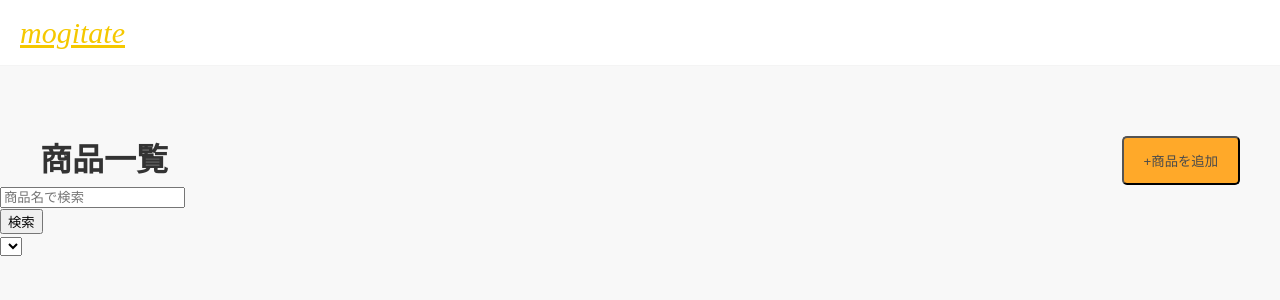
Repository: SuzukiFuminori/test-fruit
Page: http://localhost/products
These files come from the project's save history. The page is drawn as it stood at one moment and after a run of saves; the edit follows.
The browser window is 1280 px wide. The pictures show the whole page.
The page is served by the project's Laravel application, run on PHP 8.4 with Laravel 8. Other server files are loaded and not shown. Queries for data that is not in the repository find no rows.

Above is the page before, as saved 2024-12-30 04:24:12.

### src/routes/web.php
<?php

use Illuminate\Support\Facades\Route;
use App\Http\Controllers\ProductController;

/*
|--------------------------------------------------------------------------
| Web Routes
|--------------------------------------------------------------------------
|
| Here is where you can register web routes for your application. These
| routes are loaded by the RouteServiceProvider within a group which
| contains the "web" middleware group. Now create something great!
|
*/

Route::get('/products', [ProductController::class, 'index']);
Route::get('/products/register', [ProductController::class, 'add']);

### src/app/Http/Controllers/ProductController.php
<?php

namespace App\Http\Controllers;
use App\Models\Product;
use Illuminate\Http\Request;

class ProductController extends Controller
{
    // 商品一覧ページの表示
    public function index()
    {
        $products = Product::all();
        return view('index', ['products' => $products]);
    }

    // 商品登録ページの表示
    public function add()
    {
        return view('add');
    }
}

### src/resources/views/index.blade.php
@extends('layouts.default')

@section('title', '商品一覧')

@section('css')
<link rel="stylesheet" href="{{ asset('css/index.css') }}">
@endsection

@section('content')
  <div class="content">
    <div class="content__inner">
      <div class="content-heading">
        <div class="content-heading__title">
          @yield('title')
        </div>
        <div class="content-heading__button">
          <button class="content-heading__button-submit" type="submit">+商品を追加</button>
        </div>
      </div>
      <div class="content-container">
        <div class="search">
          <div class="search__input">
            <input type="search" name="name" placeholder="商品名で検索">
          </div>
          <div class="search__button">
            <button class="search__button-submit" >検索</button>
          </div>
          <div class="sort">
            <div class="sort__content"></div>
            <div class="sort__select">
              <select name="select">
                <option value="高い順に表示" 低い順に表示</select>
            </div>
          </div>
        </div>
      </div>
    </div>
  </div>
@endsection

### src/resources/views/layouts/default.blade.php
<!DOCTYPE html>
<html lang="ja">

<head>
  <meta charset="UTF-8">
  <meta name="viewport" content="width=device-width, initial-scale=1.0">
  <title>@yield('title')</title>
  <link rel="stylesheet" href="{{ asset('css/sanitize.css') }}">
  <link rel="stylesheet" href="{{ asset('css/common.css') }}">
  @yield('css')
</head>

<body>
  <header class="header">
    <div class="header__inner">
      <a class="header__logo" href="/">
        mogitate
      </a>
    </div>
  </header>
  <main>
    @yield('content')
  </main>
</body>

</html>

### src/public/css/sanitize.css
/* Document
* ========================================================================== */

/**
* Add border box sizing in all browsers (opinionated).
*/

*,
::before,
::after {
  box-sizing: border-box;
}

/**
* 1. Add text decoration inheritance in all browsers (opinionated).
* 2. Add vertical alignment inheritance in all browsers (opinionated).
*/

::before,
::after {
  vertical-align: inherit;
  /* 2 */
  text-decoration: inherit;
  /* 1 */
}

/**
* 1. Use the default cursor in all browsers (opinionated).
* 2. Change the line height in all browsers (opinionated).
* 3. Use a 4-space tab width in all browsers (opinionated).
* 4. Remove the grey highlight on links in iOS (opinionated).
* 5. Prevent adjustments of font size after orientation changes in
*    IE on Windows Phone and in iOS.
* 6. Breaks words to prevent overflow in all browsers (opinionated).
*/

html {
  word-break: break-word;
  /* 6 */
  -moz-tab-size: 4;
  /* 3 */
  tab-size: 4;
  /* 3 */
  line-height: 1.5;
  /* 2 */
  cursor: default;
  /* 1 */

  -webkit-tap-highlight-color: transparent
    /* 4 */
  ;
  -ms-text-size-adjust: 100%;
  /* 5 */
  -webkit-text-size-adjust: 100%;
  /* 5 */
}

/* Sections
* ========================================================================== */

/**
* Remove the margin in all browsers (opinionated).
*/

body {
  margin: 0;
}

/**
* Correct the font size and margin on `h1` elements within `section` and
* `article` contexts in Chrome, Edge, Firefox, and Safari.
*/

h1 {
  margin: 0.67em 0;
  font-size: 2em;
}

/* Grouping content
* ========================================================================== */

/**
* Remove the margin on nested lists in Chrome, Edge, IE, and Safari.
*/

dl dl,
dl ol,
dl ul,
ol dl,
ul dl {
  margin: 0;
}

/**
* Remove the margin on nested lists in Edge 18- and IE.
*/

ol ol,
ol ul,
ul ol,
ul ul {
  margin: 0;
}

/**
* 1. Add the correct sizing in Firefox.
* 2. Show the overflow in Edge 18- and IE.
*/

hr {
  overflow: visible;
  /* 2 */
  height: 0;
  /* 1 */
}

/**
* Add the correct display in IE.
*/

main {
  display: block;
}

/**
* Remove the list style on navigation lists in all browsers (opinionated).
*/

nav ol,
nav ul {
  padding: 0;
  list-style: none;
}

/**
* 1. Correct the inheritance and scaling of font size in all browsers.
* 2. Correct the odd `em` font sizing in all browsers.
*/

pre {
  font-size: 1em;
  /* 2 */
  font-family: monospace, monospace;
  /* 1 */
}

/* Text-level semantics
* ========================================================================== */

/**
* Remove the gray background on active links in IE 10.
*/

a {
  background-color: transparent;
}

/**
* Add the correct text decoration in Edge 18-, IE, and Safari.
*/

abbr[title] {
  text-decoration: underline;
  text-decoration: underline dotted;
}

/**
* Add the correct font weight in Chrome, Edge, and Safari.
*/

b,
strong {
  font-weight: bolder;
}

/**
* 1. Correct the inheritance and scaling of font size in all browsers.
* 2. Correct the odd `em` font sizing in all browsers.
*/

code,
kbd,
samp {
  font-size: 1em;
  /* 2 */
  font-family: monospace, monospace;
  /* 1 */
}

/**
* Add the correct font size in all browsers.
*/

small {
  font-size: 80%;
}

/* Embedded content
* ========================================================================== */

/*
* Change the alignment on media elements in all browsers (opinionated).
*/

audio,
canvas,
iframe,
img,
svg,
video {
  vertical-align: middle;
}

/**
* Add the correct display in IE 9-.
*/

audio,
video {
  display: inline-block;
}

/**
* Add the correct display in iOS 4-7.
*/

audio:not([controls]) {
  display: none;
  height: 0;
}

/**
* Remove the border on iframes in all browsers (opinionated).
*/

iframe {
  border-style: none;
}

/**
* Remove the border on images within links in IE 10-.
*/

img {
  border-style: none;
}

/**
* Change the fill color to match the text color in all browsers (opinionated).
*/

svg:not([fill]) {
  fill: currentColor;
}

/**
* Hide the overflow in IE.
*/

svg:not(:root) {
  overflow: hidden;
}

/* Tabular data
* ========================================================================== */

/**
* Collapse border spacing in all browsers (opinionated).
*/

table {
  border-collapse: collapse;
}

/* Forms
* ========================================================================== */

/**
* Remove the margin on controls in Safari.
*/

button,
input,
select {
  margin: 0;
}

/**
* 1. Show the overflow in IE.
* 2. Remove the inheritance of text transform in Edge 18-, Firefox, and IE.
*/

button {
  overflow: visible;
  /* 1 */
  text-transform: none;
  /* 2 */
}

/**
* Correct the inability to style buttons in iOS and Safari.
*/

button,
[type="button"],
[type="reset"],
[type="submit"] {
  -webkit-appearance: button;
}

/**
* 1. Change the inconsistent appearance in all browsers (opinionated).
* 2. Correct the padding in Firefox.
*/

fieldset {
  padding: 0.35em 0.75em 0.625em;
  /* 2 */
  border: 1px solid #a0a0a0;
  /* 1 */
}

/**
* Show the overflow in Edge 18- and IE.
*/

input {
  overflow: visible;
}

/**
* 1. Correct the text wrapping in Edge 18- and IE.
* 2. Correct the color inheritance from `fieldset` elements in IE.
*/

legend {
  display: table;
  /* 1 */
  max-width: 100%;
  /* 1 */
  color: inherit;
  /* 2 */
  white-space: normal;
  /* 1 */
}

/**
* 1. Add the correct display in Edge 18- and IE.
* 2. Add the correct vertical alignment in Chrome, Edge, and Firefox.
*/

progress {
  display: inline-block;
  /* 1 */
  vertical-align: baseline;
  /* 2 */
}

/**
* Remove the inheritance of text transform in Firefox.
*/

select {
  text-transform: none;
}

/**
* 1. Remove the margin in Firefox and Safari.
* 2. Remove the default vertical scrollbar in IE.
* 3. Change the resize direction in all browsers (opinionated).
*/

textarea {
  overflow: auto;
  /* 2 */
  margin: 0;
  /* 1 */
  resize: vertical;
  /* 3 */
}

/**
* Remove the padding in IE 10-.
*/

[type="checkbox"],
[type="radio"] {
  padding: 0;
}

/**
* 1. Correct the odd appearance in Chrome, Edge, and Safari.
* 2. Correct the outline style in Safari.
*/

[type="search"] {
  outline-offset: -2px;
  /* 2 */

  -webkit-appearance: textfield;
  /* 1 */
}

/**
* Correct the cursor style of increment and decrement buttons in Safari.
*/

::-webkit-inner-spin-button,
::-webkit-outer-spin-button {
  height: auto;
}

/**
* Correct the text style of placeholders in Chrome, Edge, and Safari.
*/

::-webkit-input-placeholder {
  color: inherit;
  opacity: 0.54;
}

/**
* Remove the inner padding in Chrome, Edge, and Safari on macOS.
*/

::-webkit-search-decoration {
  -webkit-appearance: none;
}

/**
* 1. Correct the inability to style upload buttons in iOS and Safari.
* 2. Change font properties to `inherit` in Safari.
*/

::-webkit-file-upload-button {
  font: inherit;
  /* 2 */

  -webkit-appearance: button;
  /* 1 */
}

/**
* Remove the inner border and padding of focus outlines in Firefox.
*/

::-moz-focus-inner {
  padding: 0;
  border-style: none;
}

/**
* Restore the focus outline styles unset by the previous rule in Firefox.
*/

:-moz-focusring {
  outline: 1px dotted ButtonText;
}

/**
* Remove the additional :invalid styles in Firefox.
*/

:-moz-ui-invalid {
  box-shadow: none;
}

/* Interactive
* ========================================================================== */

/*
* Add the correct display in Edge 18- and IE.
*/

details {
  display: block;
}

/*
* Add the correct styles in Edge 18-, IE, and Safari.
*/

dialog {
  position: absolute;
  right: 0;
  left: 0;
  display: block;
  margin: auto;
  padding: 1em;
  width: -moz-fit-content;
  width: -webkit-fit-content;
  width: fit-content;
  height: -moz-fit-content;
  height: -webkit-fit-content;
  height: fit-content;
  border: solid;
  background-color: white;
  color: black;
}

dialog:not([open]) {
  display: none;
}

/*
* Add the correct display in all browsers.
*/

summary {
  display: list-item;
}

/* Scripting
* ========================================================================== */

/**
* Add the correct display in IE 9-.
*/

canvas {
  display: inline-block;
}

/**
* Add the correct display in IE.
*/

template {
  display: none;
}

/* User interaction
* ========================================================================== */

/*
* 1. Remove the tapping delay in IE 10.
* 2. Remove the tapping delay on clickable elements
in all browsers (opinionated).
*/

a,
area,
button,
input,
label,
select,
summary,
textarea,
[tabindex] {
  -ms-touch-action: manipulation;
  /* 1 */
  touch-action: manipulation;
  /* 2 */
}

/**
* Add the correct display in IE 10-.
*/

[hidden] {
  display: none;
}

/* Accessibility
* ========================================================================== */

/**
* Change the cursor on busy elements in all browsers (opinionated).
*/

[aria-busy="true"] {
  cursor: progress;
}

/*
* Change the cursor on control elements in all browsers (opinionated).
*/

[aria-controls] {
  cursor: pointer;
}

/*
* Change the cursor on disabled, not-editable, or otherwise
* inoperable elements in all browsers (opinionated).
*/

[aria-disabled="true"],
[disabled] {
  cursor: not-allowed;
}

/*
* Change the display on visually hidden accessible elements
* in all browsers (opinionated).
*/

[aria-hidden="false"][hidden] {
  display: initial;
}

[aria-hidden="false"][hidden]:not(:focus) {
  position: absolute;
  clip: rect(0, 0, 0, 0);
}

### src/public/css/common.css
.header {
  background: white;
}

.header__inner {
  margin: 0 auto;
  padding: 10px 20px;
  border-bottom: solid 1px #f4f4f4;
}

.header__logo {
  font-family: jsMath-cmti10;
  font-size: 30px;
  color: #F5C800;
  font-weight: 500;
  font-style: italic;
}

### src/public/css/index.css
.content {
  background: #f8f8f8;
}

.content__inner {
  margin: 0 auto;
  padding: 70px 0;
}

.content-heading {
  display: flex;
  justify-content: space-between;
  margin: 0 auto;
  padding: 0 40px 0;
}

.content-heading__title {
  font-family: "Hiragino Kaku Gothic Pro";
  font-size: 32px;
  color: #333333;
  font-weight: 600;
}

.content-heading__button-submit {
  padding: 13px 20px;
  background:#ffa929;
  color: #4B4B4B;
  border-radius: 5px;
}

.content-wrapper {
  display: flex;
  padding: 0 40px 0;
}

Loaded but not shown: src/app/Http/Controllers/Controller.php (common file); src/app/Models/Product.php (common file)

After the next 2 saves:
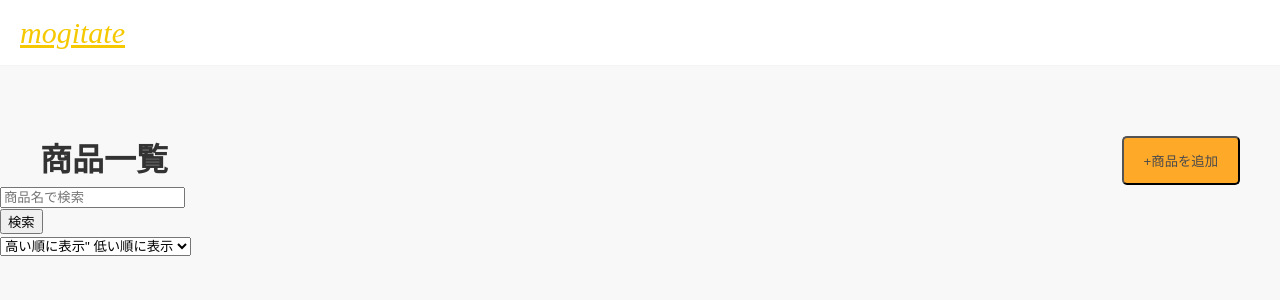
The 2 saves are shown as one change because they came seconds apart.
The last was saved 27 s later.
--- a/src/resources/views/index.blade.php
+++ b/src/resources/views/index.blade.php
@@ -29,7 +29,7 @@
             <div class="sort__content"></div>
             <div class="sort__select">
               <select name="select">
-                <option value="高い順に表示" 低い順に表示</select>
+                <option value="">高い順に表示" 低い順に表示</select>
             </div>
           </div>
         </div>
